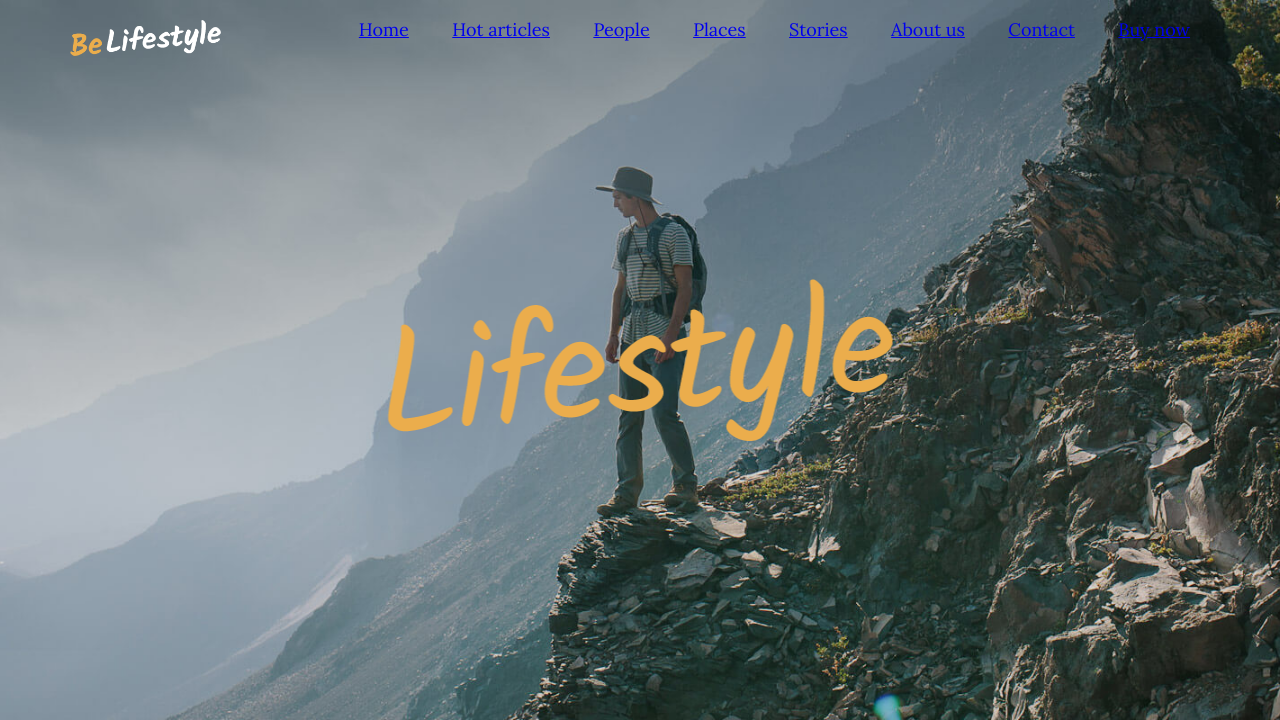
Repository: MalgorzataMazur/BeLife
Page: index.html
These files come from the project's save history. The page is drawn as it stood at one moment and after the next save; the edit follows.
The browser window is 1280 px wide. The pictures show the whole page.

Above is the page before, as saved 2019-10-31 16:11:11.

After the next save:
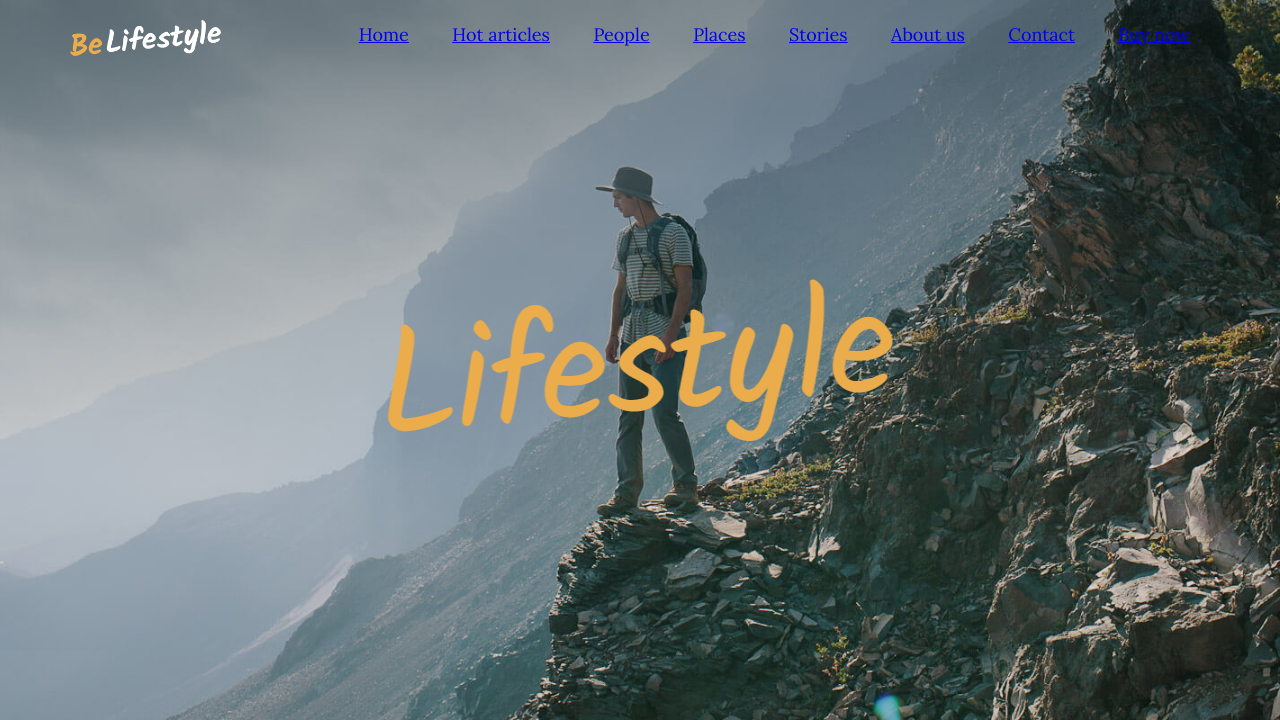
Saved 36 s later.
--- a/resources/css/style.css
+++ b/resources/css/style.css
@@ -59,6 +59,6 @@ header {
 .main-nav li {
     display: inline-block;
     font-size: 18px;
-    margin-top: 20px;
+    margin-top: 25px;
     padding: 0 20px;
 }
